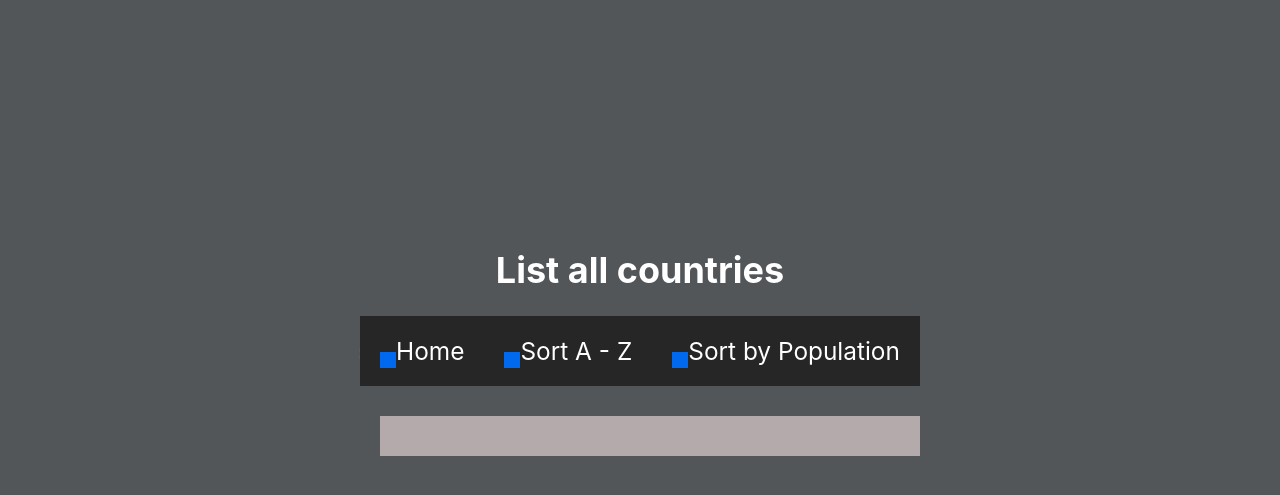
Repository: SaraHasan224/React-first-app
Page: /
The author's editor kept a copy of each file at every save. The page is drawn from the files as they stood at one save, then again after a run of saves.
The browser window is 1280 px wide. The pictures show the whole page.
The page's requests for data from a server got no answer. The project was rebuilt for these pictures with package versions that can differ from the ones it lists, and the page was loaded fresh each time. No one was signed in, and anything a server would have sent is missing. Also part of the build but not shown: src/assets/views/countryCard/countryCard.scss, src/assets/views/countryCard/countryCard.js.

Above is the page before, as saved 2020-03-13 09:49:24.

### src/App.js
import React from 'react';
import './App.scss';
import './assets/styles/general.scss';
import Countries from './assets/components/Countries/Countries';
function App() {
  return (
    <div className="App">
      <header className="App-header">
        <Countries/>
      </header>
    </div>
  );
}

export default App;

### src/App.scss
.App {
  text-align: center;
}

.App-logo {
  // height: 40vmin;
  // pointer-events: none;
    pointer-events: none;
    width: 80% !important;
    height: 75px;
    margin-left: -65px;
}

@media (prefers-reduced-motion: no-preference) {
  .App-logo {
    animation: App-logo-spin infinite 20s linear;
  }
}

.App-header {
  background-color: rgb(82, 86, 89);;
  min-height: 100vh;
  display: flex;
  flex-direction: column;
  align-items: center;
  justify-content: center;
  font-size: calc(10px + 2vmin);
  color: white;
}

.App-link {
  color: #61dafb;
}

@keyframes App-logo-spin {
  from {
    transform: rotate(0deg);
  }
  to {
    transform: rotate(360deg);
  }
}

### src/assets/styles/general.scss
button {
    display: inline-block;
    border: none;
    padding: 0.5rem;
    margin: 0;
    text-decoration: none;
    background: #0069ed;
    color: #ffffff;
    font-family: sans-serif;
    font-size: 1rem;
    cursor: pointer;
    text-align: center;
    transition: background 250ms ease-in-out,
                transform 150ms ease;
    -webkit-appearance: none;
    -moz-appearance: none;
}

button:hover,
button:focus {
    background: #0053ba;
}

button:focus {
    outline: 1px solid #fff;
    outline-offset: -4px;
}

button:active {
    transform: scale(0.99);
}

  h1 {
    font-size: 36px;
  }

  h4 {
    font-size: 25px;
  }
  h5 {
    font-size: 18px;
    margin: 15px 0px;
    white-space: nowrap;
    width: 200px;
    overflow: hidden;
    text-overflow: ellipsis;
  }

  p {
    font-size: 15px;
    margin: 5px 0px;
  }
  .container {
    margin-right: auto;
    margin-left: auto;
    padding-left: 15px;
    padding-right: 15px;
  }
  @media (min-width: 768px) {
    .container {
      width: 750px;
    }
  }
  @media (min-width: 992px) {
    .container {
      width: 970px;
    }
  }
  @media (min-width: 1200px) {
    .container {
      width: 1170px;
    }
  }

  .container-fluid {
    margin-right: auto;
    margin-left: auto;
    padding-left: 15px;
    padding-right: 15px;
  }
  .row {
    margin-left: -15px;
    margin-right: -15px;
  }
  .col-xs-1, .col-sm-1, .col-md-1, .col-lg-1, .col-xs-2, .col-sm-2, .col-md-2, .col-lg-2, .col-xs-3, .col-sm-3, .col-md-3, .col-lg-3, .col-xs-4, .col-sm-4, .col-md-4, .col-lg-4, .col-xs-5, .col-sm-5, .col-md-5, .col-lg-5, .col-xs-6, .col-sm-6, .col-md-6, .col-lg-6, .col-xs-7, .col-sm-7, .col-md-7, .col-lg-7, .col-xs-8, .col-sm-8, .col-md-8, .col-lg-8, .col-xs-9, .col-sm-9, .col-md-9, .col-lg-9, .col-xs-10, .col-sm-10, .col-md-10, .col-lg-10, .col-xs-11, .col-sm-11, .col-md-11, .col-lg-11, .col-xs-12, .col-sm-12, .col-md-12, .col-lg-12 {
    position: relative;
    min-height: 1px;
    padding-left: 15px;
    padding-right: 15px;
  }
  .col-xs-1, .col-xs-2, .col-xs-3, .col-xs-4, .col-xs-5, .col-xs-6, .col-xs-7, .col-xs-8, .col-xs-9, .col-xs-10, .col-xs-11, .col-xs-12 {
    float: left;
  }
  .col-xs-12 {
    width: 100%;
  }
  .col-xs-11 {
    width: 91.66666667%;
  }
  .col-xs-10 {
    width: 83.33333333%;
  }
  .col-xs-9 {
    width: 75%;
  }
  .col-xs-8 {
    width: 66.66666667%;
  }
  .col-xs-7 {
    width: 58.33333333%;
  }
  .col-xs-6 {
    width: 50%;
  }
  .col-xs-5 {
    width: 41.66666667%;
  }
  .col-xs-4 {
    width: 33.33333333%;
  }
  .col-xs-3 {
    width: 25%;
  }
  .col-xs-2 {
    width: 16.66666667%;
  }
  .col-xs-1 {
    width: 8.33333333%;
  }
  .col-xs-pull-12 {
    right: 100%;
  }
  .col-xs-pull-11 {
    right: 91.66666667%;
  }
  .col-xs-pull-10 {
    right: 83.33333333%;
  }
  .col-xs-pull-9 {
    right: 75%;
  }
  .col-xs-pull-8 {
    right: 66.66666667%;
  }
  .col-xs-pull-7 {
    right: 58.33333333%;
  }
  .col-xs-pull-6 {
    right: 50%;
  }
  .col-xs-pull-5 {
    right: 41.66666667%;
  }
  .col-xs-pull-4 {
    right: 33.33333333%;
  }
  .col-xs-pull-3 {
    right: 25%;
  }
  .col-xs-pull-2 {
    right: 16.66666667%;
  }
  .col-xs-pull-1 {
    right: 8.33333333%;
  }
  .col-xs-pull-0 {
    right: auto;
  }
  .col-xs-push-12 {
    left: 100%;
  }
  .col-xs-push-11 {
    left: 91.66666667%;
  }
  .col-xs-push-10 {
    left: 83.33333333%;
  }
  .col-xs-push-9 {
    left: 75%;
  }
  .col-xs-push-8 {
    left: 66.66666667%;
  }
  .col-xs-push-7 {
    left: 58.33333333%;
  }
  .col-xs-push-6 {
    left: 50%;
  }
  .col-xs-push-5 {
    left: 41.66666667%;
  }
  .col-xs-push-4 {
    left: 33.33333333%;
  }
  .col-xs-push-3 {
    left: 25%;
  }
  .col-xs-push-2 {
    left: 16.66666667%;
  }
  .col-xs-push-1 {
    left: 8.33333333%;
  }
  .col-xs-push-0 {
    left: auto;
  }
  .col-xs-offset-12 {
    margin-left: 100%;
  }
  .col-xs-offset-11 {
    margin-left: 91.66666667%;
  }
  .col-xs-offset-10 {
    margin-left: 83.33333333%;
  }
  .col-xs-offset-9 {
    margin-left: 75%;
  }
  .col-xs-offset-8 {
    margin-left: 66.66666667%;
  }
  .col-xs-offset-7 {
    margin-left: 58.33333333%;
  }
  .col-xs-offset-6 {
    margin-left: 50%;
  }
  .col-xs-offset-5 {
    margin-left: 41.66666667%;
  }
  .col-xs-offset-4 {
    margin-left: 33.33333333%;
  }
  .col-xs-offset-3 {
    margin-left: 25%;
  }
  .col-xs-offset-2 {
    margin-left: 16.66666667%;
  }
  .col-xs-offset-1 {
    margin-left: 8.33333333%;
  }
  .col-xs-offset-0 {
    margin-left: 0%;
  }
  @media (min-width: 768px) {
    .col-sm-1, .col-sm-2, .col-sm-3, .col-sm-4, .col-sm-5, .col-sm-6, .col-sm-7, .col-sm-8, .col-sm-9, .col-sm-10, .col-sm-11, .col-sm-12 {
      float: left;
    }
    .col-sm-12 {
      width: 100%;
    }
    .col-sm-11 {
      width: 91.66666667%;
    }
    .col-sm-10 {
      width: 83.33333333%;
    }
    .col-sm-9 {
      width: 75%;
    }
    .col-sm-8 {
      width: 66.66666667%;
    }
    .col-sm-7 {
      width: 58.33333333%;
    }
    .col-sm-6 {
      width: 50%;
    }
    .col-sm-5 {
      width: 41.66666667%;
    }
    .col-sm-4 {
      width: 33.33333333%;
    }
    .col-sm-3 {
      width: 25%;
    }
    .col-sm-2 {
      width: 16.66666667%;
    }
    .col-sm-1 {
      width: 8.33333333%;
    }
    .col-sm-pull-12 {
      right: 100%;
    }
    .col-sm-pull-11 {
      right: 91.66666667%;
    }
    .col-sm-pull-10 {
      right: 83.33333333%;
    }
    .col-sm-pull-9 {
      right: 75%;
    }
    .col-sm-pull-8 {
      right: 66.66666667%;
    }
    .col-sm-pull-7 {
      right: 58.33333333%;
    }
    .col-sm-pull-6 {
      right: 50%;
    }
    .col-sm-pull-5 {
      right: 41.66666667%;
    }
    .col-sm-pull-4 {
      right: 33.33333333%;
    }
    .col-sm-pull-3 {
      right: 25%;
    }
    .col-sm-pull-2 {
      right: 16.66666667%;
    }
    .col-sm-pull-1 {
      right: 8.33333333%;
    }
    .col-sm-pull-0 {
      right: auto;
    }
    .col-sm-push-12 {
      left: 100%;
    }
    .col-sm-push-11 {
      left: 91.66666667%;
    }
    .col-sm-push-10 {
      left: 83.33333333%;
    }
    .col-sm-push-9 {
      left: 75%;
    }
    .col-sm-push-8 {
      left: 66.66666667%;
    }
    .col-sm-push-7 {
      left: 58.33333333%;
    }
    .col-sm-push-6 {
      left: 50%;
    }
    .col-sm-push-5 {
      left: 41.66666667%;
    }
    .col-sm-push-4 {
      left: 33.33333333%;
    }
    .col-sm-push-3 {
      left: 25%;
    }
    .col-sm-push-2 {
      left: 16.66666667%;
    }
    .col-sm-push-1 {
      left: 8.33333333%;
    }
    .col-sm-push-0 {
      left: auto;
    }
    .col-sm-offset-12 {
      margin-left: 100%;
    }
    .col-sm-offset-11 {
      margin-left: 91.66666667%;
    }
    .col-sm-offset-10 {
      margin-left: 83.33333333%;
    }
    .col-sm-offset-9 {
      margin-left: 75%;
    }
    .col-sm-offset-8 {
      margin-left: 66.66666667%;
    }
    .col-sm-offset-7 {
      margin-left: 58.33333333%;
    }
    .col-sm-offset-6 {
      margin-left: 50%;
    }
    .col-sm-offset-5 {
      margin-left: 41.66666667%;
    }
    .col-sm-offset-4 {
      margin-left: 33.33333333%;
    }
    .col-sm-offset-3 {
      margin-left: 25%;
    }
    .col-sm-offset-2 {
      margin-left: 16.66666667%;
    }
    .col-sm-offset-1 {
      margin-left: 8.33333333%;
    }
    .col-sm-offset-0 {
      margin-left: 0%;
    }
  }
  @media (min-width: 992px) {
    .col-md-1, .col-md-2, .col-md-3, .col-md-4, .col-md-5, .col-md-6, .col-md-7, .col-md-8, .col-md-9, .col-md-10, .col-md-11, .col-md-12 {
      float: left;
    }
    .col-md-12 {
      width: 100%;
    }
    .col-md-11 {
      width: 91.66666667%;
    }
    .col-md-10 {
      width: 83.33333333%;
    }
    .col-md-9 {
      width: 75%;
    }
    .col-md-8 {
      width: 66.66666667%;
    }
    .col-md-7 {
      width: 58.33333333%;
    }
    .col-md-6 {
      width: 50%;
    }
    .col-md-5 {
      width: 41.66666667%;
    }
    .col-md-4 {
      width: 33.33333333%;
    }
    .col-md-3 {
      width: 25%;
    }
    .col-md-2 {
      width: 16.66666667%;
    }
    .col-md-1 {
      width: 8.33333333%;
    }
    .col-md-pull-12 {
      right: 100%;
    }
    .col-md-pull-11 {
      right: 91.66666667%;
    }
    .col-md-pull-10 {
      right: 83.33333333%;
    }
    .col-md-pull-9 {
      right: 75%;
    }
    .col-md-pull-8 {
      right: 66.66666667%;
    }
    .col-md-pull-7 {
      right: 58.33333333%;
    }
    .col-md-pull-6 {
      right: 50%;
    }
    .col-md-pull-5 {
      right: 41.66666667%;
    }
    .col-md-pull-4 {
      right: 33.33333333%;
    }
    .col-md-pull-3 {
      right: 25%;
    }
    .col-md-pull-2 {
      right: 16.66666667%;
    }
    .col-md-pull-1 {
      right: 8.33333333%;
    }
    .col-md-pull-0 {
      right: auto;
    }
    .col-md-push-12 {
      left: 100%;
    }
    .col-md-push-11 {
      left: 91.66666667%;
    }
    .col-md-push-10 {
      left: 83.33333333%;
    }
    .col-md-push-9 {
      left: 75%;
    }
    .col-md-push-8 {
      left: 66.66666667%;
    }
    .col-md-push-7 {
      left: 58.33333333%;
    }
    .col-md-push-6 {
      left: 50%;
    }
    .col-md-push-5 {
      left: 41.66666667%;
    }
    .col-md-push-4 {
      left: 33.33333333%;
    }
    .col-md-push-3 {
      left: 25%;
    }
    .col-md-push-2 {
      left: 16.66666667%;
    }
    .col-md-push-1 {
      left: 8.33333333%;
    }
    .col-md-push-0 {
      left: auto;
    }
    .col-md-offset-12 {
      margin-left: 100%;
    }
    .col-md-offset-11 {
      margin-left: 91.66666667%;
    }
    .col-md-offset-10 {
      margin-left: 83.33333333%;
    }
    .col-md-offset-9 {
      margin-left: 75%;
    }
    .col-md-offset-8 {
      margin-left: 66.66666667%;
    }
    .col-md-offset-7 {
      margin-left: 58.33333333%;
    }
    .col-md-offset-6 {
      margin-left: 50%;
    }
    .col-md-offset-5 {
      margin-left: 41.66666667%;
    }
    .col-md-offset-4 {
      margin-left: 33.33333333%;
    }
    .col-md-offset-3 {
      margin-left: 25%;
    }
    .col-md-offset-2 {
      margin-left: 16.66666667%;
    }
    .col-md-offset-1 {
      margin-left: 8.33333333%;
    }
    .col-md-offset-0 {
      margin-left: 0%;
    }
  }
  @media (min-width: 1200px) {
    .col-lg-1, .col-lg-2, .col-lg-3, .col-lg-4, .col-lg-5, .col-lg-6, .col-lg-7, .col-lg-8, .col-lg-9, .col-lg-10, .col-lg-11, .col-lg-12 {
      float: left;
    }
    .col-lg-12 {
      width: 100%;
    }
    .col-lg-11 {
      width: 91.66666667%;
    }
    .col-lg-10 {
      width: 83.33333333%;
    }
    .col-lg-9 {
      width: 75%;
    }
    .col-lg-8 {
      width: 66.66666667%;
    }
    .col-lg-7 {
      width: 58.33333333%;
    }
    .col-lg-6 {
      width: 50%;
    }
    .col-lg-5 {
      width: 41.66666667%;
    }
    .col-lg-4 {
      width: 33.33333333%;
    }
    .col-lg-3 {
      width: 25%;
    }
    .col-lg-2 {
      width: 16.66666667%;
    }
    .col-lg-1 {
      width: 8.33333333%;
    }
    .col-lg-pull-12 {
      right: 100%;
    }
    .col-lg-pull-11 {
      right: 91.66666667%;
    }
    .col-lg-pull-10 {
      right: 83.33333333%;
    }
    .col-lg-pull-9 {
      right: 75%;
    }
    .col-lg-pull-8 {
      right: 66.66666667%;
    }
    .col-lg-pull-7 {
      right: 58.33333333%;
    }
    .col-lg-pull-6 {
      right: 50%;
    }
    .col-lg-pull-5 {
      right: 41.66666667%;
    }
    .col-lg-pull-4 {
      right: 33.33333333%;
    }
    .col-lg-pull-3 {
      right: 25%;
    }
    .col-lg-pull-2 {
      right: 16.66666667%;
    }
    .col-lg-pull-1 {
      right: 8.33333333%;
    }
    .col-lg-pull-0 {
      right: auto;
    }
    .col-lg-push-12 {
      left: 100%;
    }
    .col-lg-push-11 {
      left: 91.66666667%;
    }
    .col-lg-push-10 {
      left: 83.33333333%;
    }
    .col-lg-push-9 {
      left: 75%;
    }
    .col-lg-push-8 {
      left: 66.66666667%;
    }
    .col-lg-push-7 {
      left: 58.33333333%;
    }
    .col-lg-push-6 {
      left: 50%;
    }
    .col-lg-push-5 {
      left: 41.66666667%;
    }
    .col-lg-push-4 {
      left: 33.33333333%;
    }
    .col-lg-push-3 {
      left: 25%;
    }
    .col-lg-push-2 {
      left: 16.66666667%;
    }
    .col-lg-push-1 {
      left: 8.33333333%;
    }
    .col-lg-push-0 {
      left: auto;
    }
    .col-lg-offset-12 {
      margin-left: 100%;
    }
    .col-lg-offset-11 {
      margin-left: 91.66666667%;
    }
    .col-lg-offset-10 {
      margin-left: 83.33333333%;
    }
    .col-lg-offset-9 {
      margin-left: 75%;
    }
    .col-lg-offset-8 {
      margin-left: 66.66666667%;
    }
    .col-lg-offset-7 {
      margin-left: 58.33333333%;
    }
    .col-lg-offset-6 {
      margin-left: 50%;
    }
    .col-lg-offset-5 {
      margin-left: 41.66666667%;
    }
    .col-lg-offset-4 {
      margin-left: 33.33333333%;
    }
    .col-lg-offset-3 {
      margin-left: 25%;
    }
    .col-lg-offset-2 {
      margin-left: 16.66666667%;
    }
    .col-lg-offset-1 {
      margin-left: 8.33333333%;
    }
    .col-lg-offset-0 {
      margin-left: 0%;
    }
  }
  .clearfix:before,
  .clearfix:after,
  .container:before,
  .container:after,
  .container-fluid:before,
  .container-fluid:after,
  .row:before,
  .row:after {
    content: " ";
    display: table;
  }
  .clearfix:after,
  .container:after,
  .container-fluid:after,
  .row:after {
    clear: both;
  }
  .center-block {
    display: block;
    margin-left: auto;
    margin-right: auto;
    justify-content: center;
  }
  .pull-right {
    float: right !important;
  }
  .pull-left {
    float: left !important;
  }
  .hide {
    display: none !important;
  }
  .show {
    display: block !important;
  }

### src/assets/components/Countries/Countries.js
import React, { Component } from 'react';
//Stylesheet
import '../Countries/Countries.scss';
//JSOn
import CData  from './Countries.json'
// Components
import countryCard from '../../views/countryCard/countryCard';
import countryHeader from '../../views/countryHeader/countryHeader';
//UTILITIES files
import {_initCountries,loadMoreCountries,sortNumerically,sortAlphabetically} from '../Countries/CountriesUtils';


class Countries extends Component {
    loadMoreCountries = () => { loadMoreCountries(this) };

    constructor(){
        super();
        this.state = {
            "allCountries": [],
            "visibleCountries": [],
            "countriesVisibleOnLoad": 8,

            "countryListError": false,
            "countriesSortedAlph": true,
            "countriesNum": false,

            "navigation":  [
                {
                    "title" : "Home",
                    "link": ""
                },
                {
                    "title" : "Sort A - Z",
                    "link": ""
                },
                {
                    "title" : "Sort by Population",
                    "link": () => sortNumerically(this)
                }
            ]
        }

        _initCountries(this);
    }

    render(){
        return(
            <div>
                <h1>{CData.title}</h1>
                {
                    countryHeader({
                        navigation: this.state.navigation
                      })
                }
                <section  class="countries">
                    <div className="country-list__countries center-block">
                        {
                            this.state.visibleCountries.map( (country,index) => {
                                return <React.Fragment key={index}>
                                {
                                    countryCard({
                                        imgSrc: country.flag,
                                        name: country.name,
                                        population: country.population,
                                        buttonText: "View",
                                        callback: null
                                    })
                                }
                                </React.Fragment>
                            })
                        }
                    </div>
                </section>
                    {
                        this.state.allCountries.length > this.state.visibleCountries.length && (
                            <button  className="button button--secondary button--load"  onClick={this.loadMoreCountries}>{CData.loadButton}</button>
                        )
                    }
            </div>
        )
    }
}

export default Countries;

### src/assets/components/Countries/Countries.scss
// .countries {
//   position: relative;
//   display: -ms-flexbox;
//   // display: flex;
//   -ms-flex-direction: column;
//   flex-direction: column;
//   word-wrap: break-word;
//   background-color: #fff;
//   background-clip: border-box;
//   border: 1px solid rgba(0, 0, 0, .125);
//   border-radius: .25rem
// }

.countries {
  max-width: 990px;
  width: calc(100% - 40px);

  background-color: #ffeaea91;

  padding: 20px 10px;
  margin: 30px 20px;
  margin-bottom: 40px;

  display: flex;
  flex-direction: column;
  justify-content: center;

}

### src/assets/components/Countries/Countries.json
{
    "title" : "List all countries",
    "loadButton" :   "Load More.."
}

### src/assets/views/countryHeader/countryHeader.js
import React from 'react';
import './countryHeader.scss'
import logo from '../../../logo.svg';


function countryHeader(props)
{
    return (
        <section class="navigation">
        <div class="nav-container">
          <div class="brand">
            <a href="#!"><img src={logo} className="App-logo" alt="logo" /></a>
          </div>
          <nav>
            <div class="nav-mobile"><a id="nav-toggle" href="#!"><span></span></a></div>
            <ul class="nav-list">
              {
                props.navigation.map((nav, index) => {
                  return(
                    <li key={index}>
                      <a href="#"><button onClick={nav.link}></button>{nav.title}</a>
                    </li>
                  )
                })
              }
            </ul>
          </nav>
        </div>
      </section>
    )
}

export default countryHeader

### src/assets/components/Countries/CountriesUtils.js
import CONFIG from '../../Config';


function _initCountries(context){
    fetch(CONFIG.api).then((resp) => resp.json()).then(function(data) {
        context.setState( (state) => ( {
            allCountries: data,
            visibleCountries: data.slice(0,state.countriesVisibleOnLoad)
        } ));
      })
      .catch(function(error) {
        console.error(error);
        context.setState( (state) => ( {countryListError: true}));
      });
}

function loadMoreCountries(context){
  context.setState( (state) => ( {
    visibleCountries: [...state.allCountries],
    countriesVisible: state.allCountries.length
  } ));
}


function sortAlphabetically(context) {
  context.setState( (state) => {
    let sortedList = [...state.allCountries];
    if(!state.countriesSortedAlph){
      sortedList.sort( function(a,b){ return a.name > b.name ? 1 : -1})
    } else {
      sortedList.sort( function(a,b){ return a.name <= b.name ? 1 : -1})
    }
    return {
      allCountries: sortedList,
      countriesNum: undefined,
      countriesSortedAlph: !state.countriesSortedAlph,
      visibleCountries: sortedList.slice(0, state.countriesVisible)
    }
  })
}

function sortNumerically(context) {
  context.setState( (state) => {
    let sortedList = [...state.allCountries];

    if(state.countriesNum){
      sortedList.sort( function(a,b){ return a.population - b.population})
    } else {
      sortedList.sort( function(a,b){ return b.population - a.population})
    }

    return {
      allCountries: sortedList,
      visibleCountries: sortedList.slice(0, state.countriesVisible),
      countriesNum: !state.countriesNum,
      countriesSortedAlph: undefined
    }
  })

}

export {
    _initCountries,
    loadMoreCountries,
    sortNumerically,
    sortAlphabetically
}

### src/assets/views/countryHeader/countryHeader.scss
// Navigation Variables
$content-width: 1000px;
$breakpoint: 799px;
$nav-height: 70px;
$nav-background: #262626;
$nav-font-color: #ffffff;
$link-hover-color: #2581DC;

// Outer navigation wrapper
.navigation {
  height: $nav-height;
  background: $nav-background;
}

// Logo and branding
.brand {
  position: absolute;
  padding-left: 20px;
  float: left;
  line-height: $nav-height;
  text-transform: uppercase;
  font-size: 1.4em;
  a,
  a:visited {
    color: $nav-font-color;
    text-decoration: none;
  }
}

// Container with no padding for navbar
.nav-container {
  max-width: $content-width;
  margin: 0 auto;
}

// Navigation
nav {
  float: right;
  ul {
    list-style: none;
    margin: 0;
    padding: 0;
    li {
      float: left;
      position: relative;
      a,
      a:visited {
        display: block;
        padding: 0 20px;
        line-height: $nav-height;
        background: $nav-background;
        color: $nav-font-color;
        text-decoration: none;
        &:hover {
          background: $link-hover-color;
          color: $nav-font-color;
        }
        &:not(:only-child):after {
          padding-left: 4px;
          content: ' ▾';
        }
      } // Dropdown list
      ul li {
        min-width: 190px;
        a {
          padding: 15px;
          line-height: 20px;
        }
      }
    }
  }
}

// Dropdown list binds to JS toggle event
.nav-dropdown {
  position: absolute;
  display: none;
  z-index: 1;
  box-shadow: 0 3px 12px rgba(0, 0, 0, 0.15);
}

/* Mobile navigation */

// Binds to JS Toggle
.nav-mobile {
  display: none;
  position: absolute;
  top: 0;
  right: 0;
  background: $nav-background;
  height: $nav-height;
  width: $nav-height;
}
@media only screen and (max-width: 798px) {
  // Hamburger nav visible on mobile only
  .nav-mobile {
    display: block;
  }
  nav {
   width: 100%;
    padding: $nav-height 0 15px;
    ul {
      display: none;
      li {
        float: none;
        a {
          padding: 15px;
          line-height: 20px;
        }
        ul li a {
          padding-left: 30px;
        }
      }
    }
  }
  .nav-dropdown {
    position: static;
  }
}
@media screen and (min-width: $breakpoint) {
  .nav-list {
    display: block !important;
  }
}
#nav-toggle {
  position: absolute;
  left: 18px;
  top: 22px;
  cursor: pointer;
  padding: 10px 35px 16px 0px;
  span,
  span:before,
  span:after {
    cursor: pointer;
    border-radius: 1px;
    height: 5px;
    width: 35px;
    background: $nav-font-color;
    position: absolute;
    display: block;
    content: '';
    transition: all 300ms ease-in-out;
  }
  span:before {
    top: -10px;
  }
  span:after {
    bottom: -10px;
  }
  &.active span {
    background-color: transparent;
    &:before,
    &:after {
      top: 0;
    }
    &:before {
      transform: rotate(45deg);
    }
    &:after {
      transform: rotate(-45deg);
    }
  }
}

### src/assets/Config.js
const CONFIG = {
    'api' : 'https://restcountries.eu/rest/v2/all'
}

export default CONFIG;

Loaded but not shown: public/index.html (common file); src/index.js (common file); src/index.scss (common file); src/serviceWorker.js (common file)

After the next 2 saves:
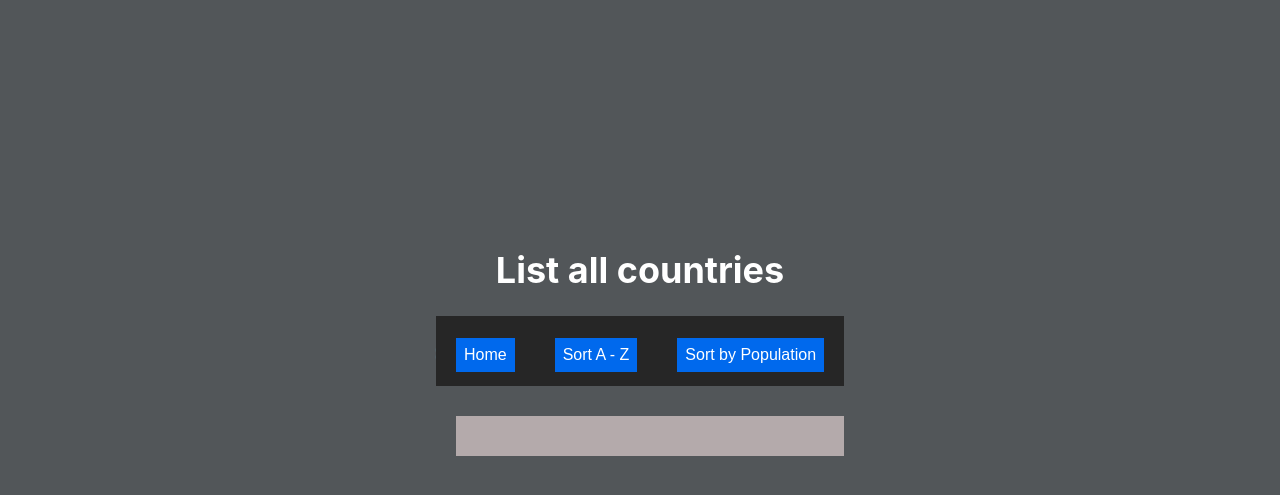
The 2 saves are shown as one change because they came seconds apart.
The last was saved 7 s later.
--- a/src/assets/views/countryHeader/countryHeader.js
+++ b/src/assets/views/countryHeader/countryHeader.js
@@ -18,7 +18,7 @@ function countryHeader(props)
                 props.navigation.map((nav, index) => {
                   return(
                     <li key={index}>
-                      <a href="#"><button onClick={nav.link}></button>{nav.title}</a>
+                      <a href="#"><button onClick={nav.link}>{nav.title}</button></a>
                     </li>
                   )
                 })
